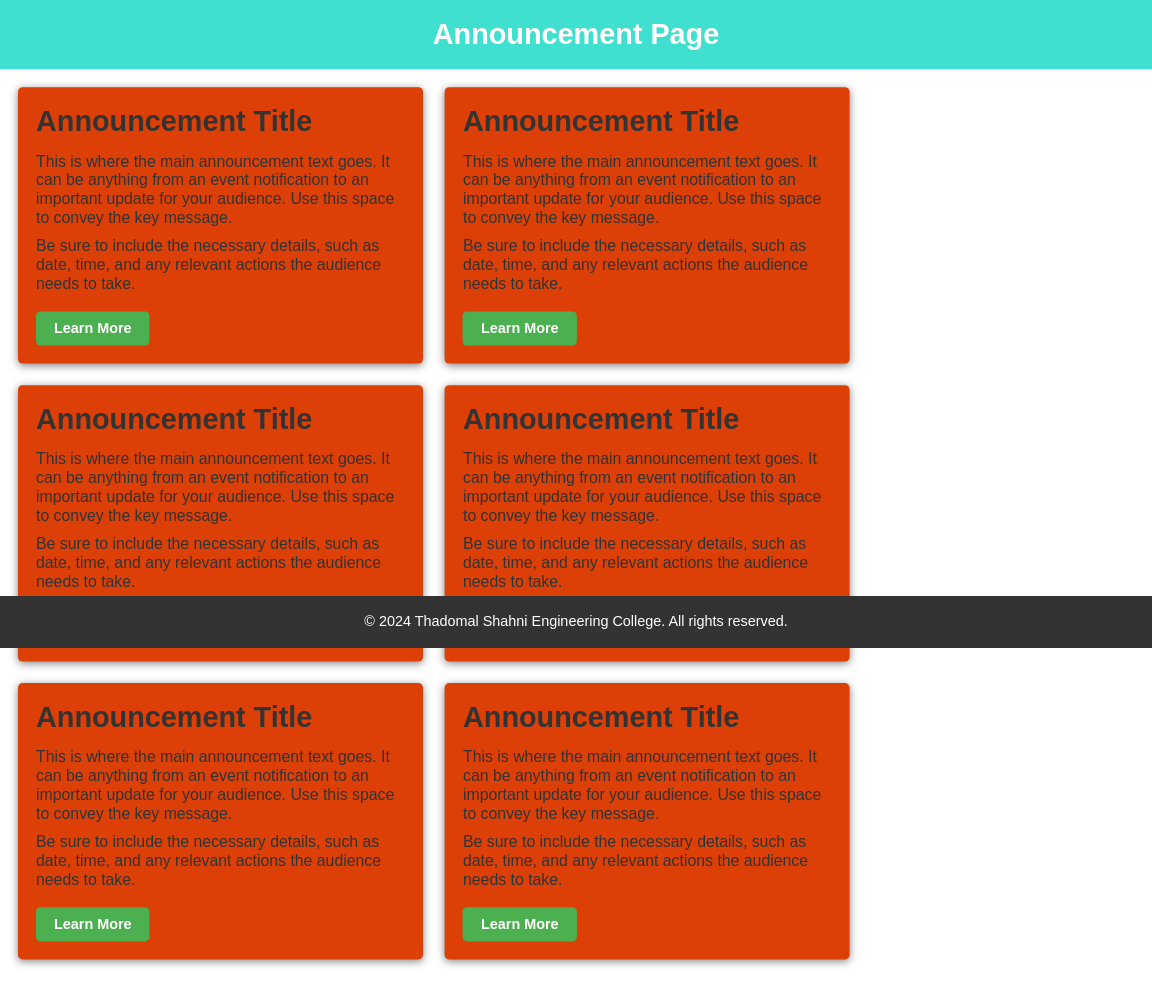
Repository: TejasS1233/MINITHON-hackathon-project
Page: annoucementpage.html
These files come from the project's save history. The page is drawn as it stood at one moment and after the next save; the edit follows.
The browser window is 1280 px wide. The pictures show the whole page, at 90% of full size.

Above is the page before, as saved 2024-09-20 09:19:17.

After the next save:
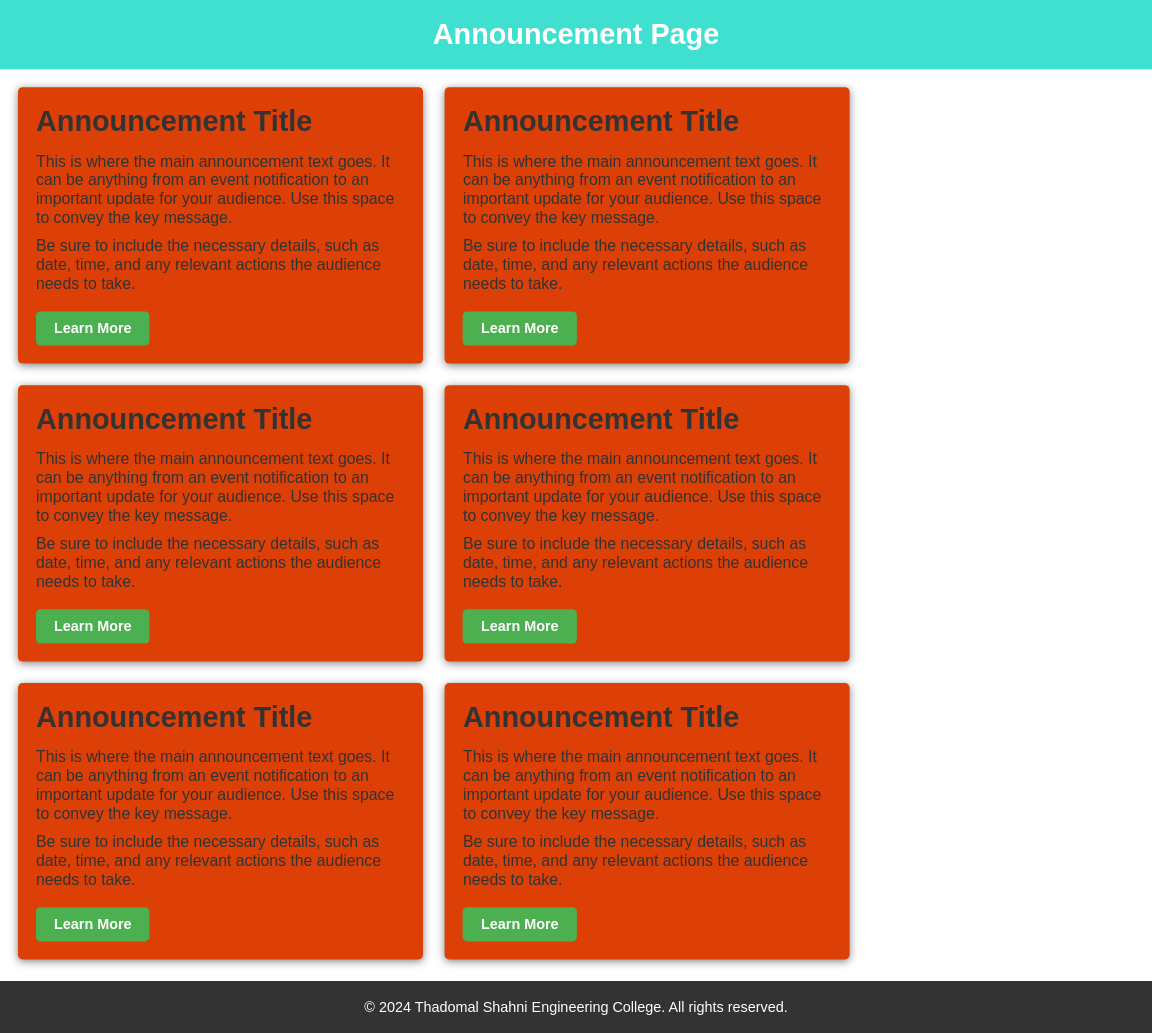
Saved 29 s later.
--- a/styles.css
+++ b/styles.css
@@ -26,6 +26,7 @@ body {
     gap: 20px;
     padding: 20px;
     margin-bottom: 20px;
+    position: absolute;
 }
 
 .announcement {
@@ -74,7 +75,7 @@ footer {
     padding: 20px 0;
     background-color: #333;
     color: white;
-    position: fixed;
+    position: relative;
     width: 100%;
     bottom: 0;
 }
